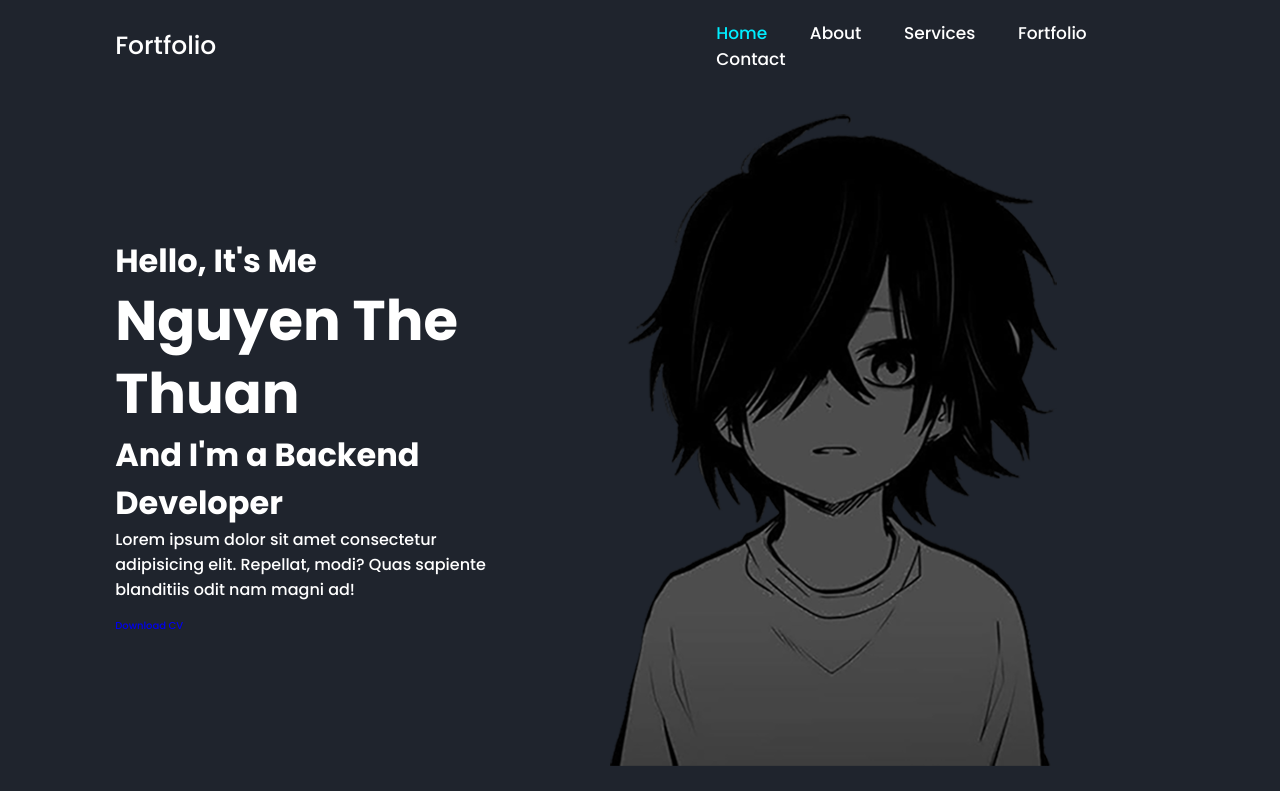
Repository: nguyenthethuan2004/portfolio
Page: index.html
The author's editor kept a copy of each file at every save. The page is drawn from the files as they stood at one save, then again after the next save.
The browser window is 1280 px wide. The pictures show the whole page.

Above is the page before, as saved 2023-09-29 23:18:35.

After the next save:
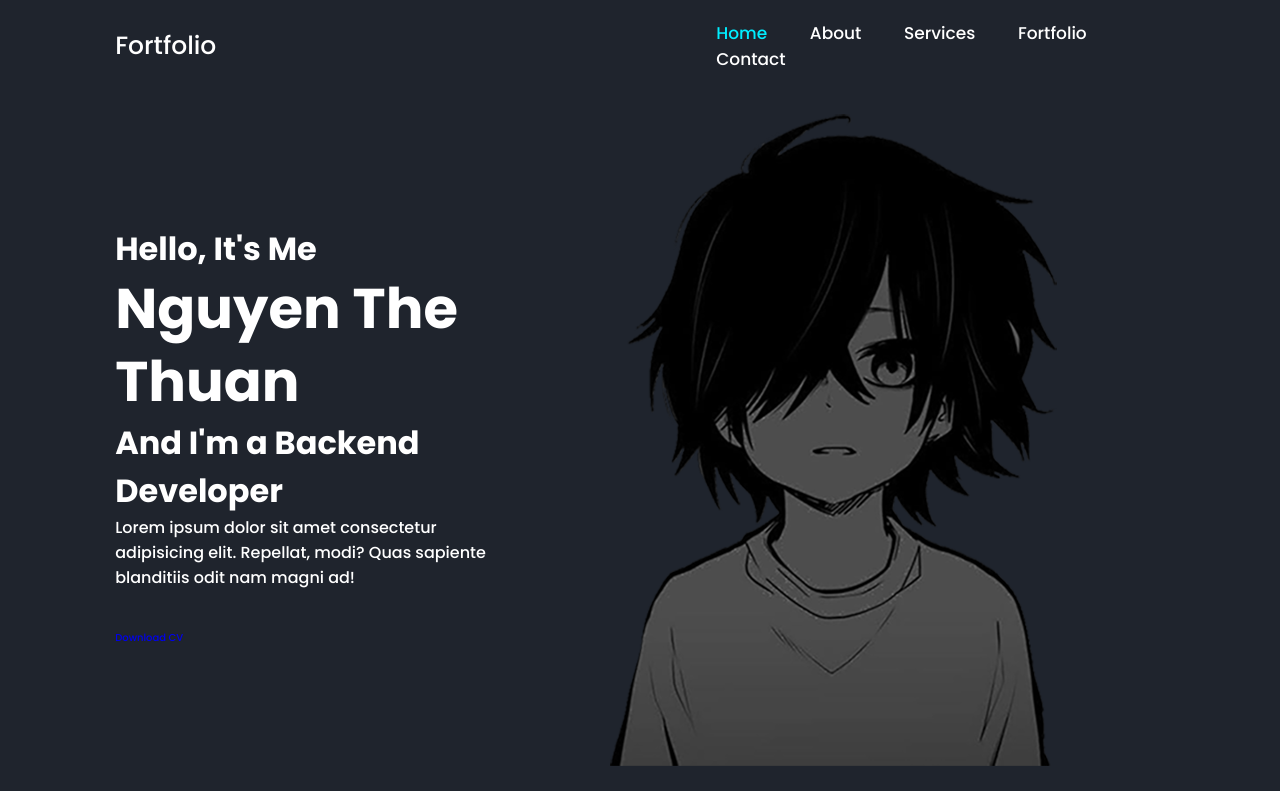
Saved 8 s later.
--- a/css/style.css
+++ b/css/style.css
@@ -100,5 +100,6 @@
     justify-content: center;
     align-items: center;
     width: 4rem;
-    h4re
+    height: 4rem;
+
 }
